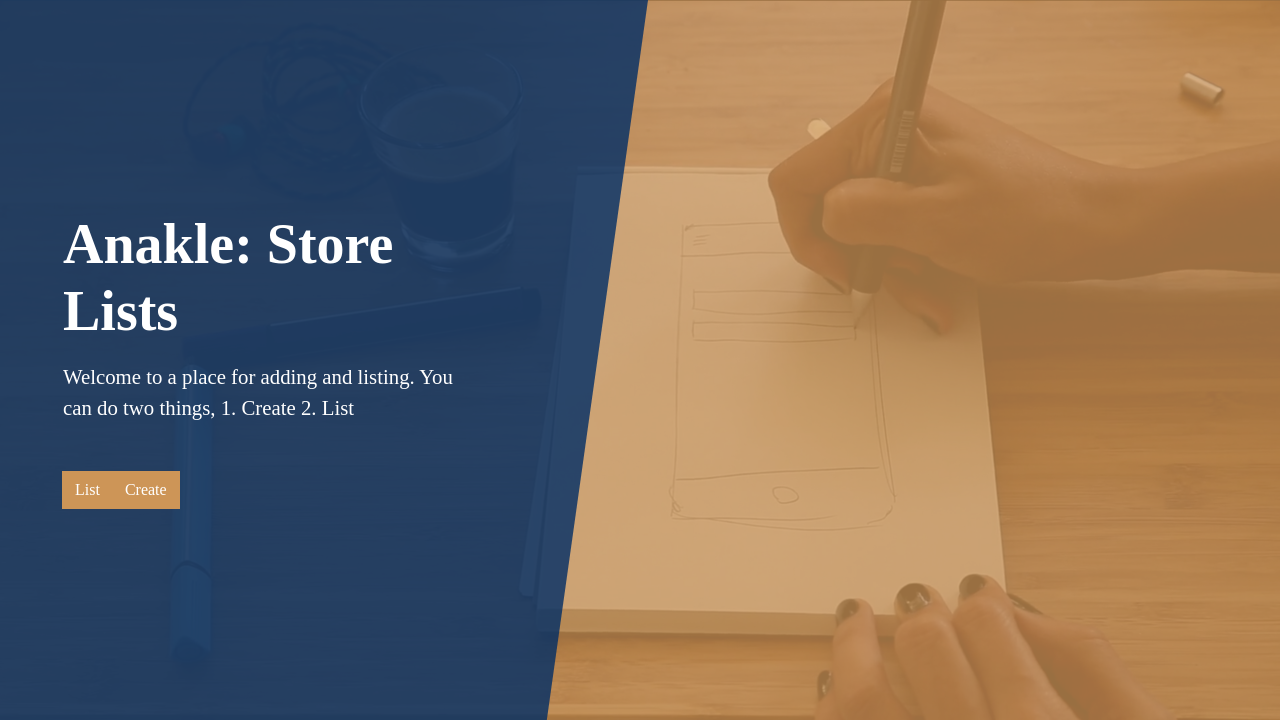
Repository: Guruscode/mega-list
Page: http://localhost/list.php
These files come from the project's save history. The page is drawn as it stood at one moment and after the next save; the edit follows.
The browser window is 1280 px wide. The pictures show the whole page.
Some web fonts or font styles are not loaded; a fallback is used. The page is run by PHP 8.4 with error messages shown; the project is at /var/www/html/.

Above is the page before, as saved 2018-02-22 21:19:00.
Console error: TypeError: Cannot read properties of undefined (reading 'fn')

After the next save:
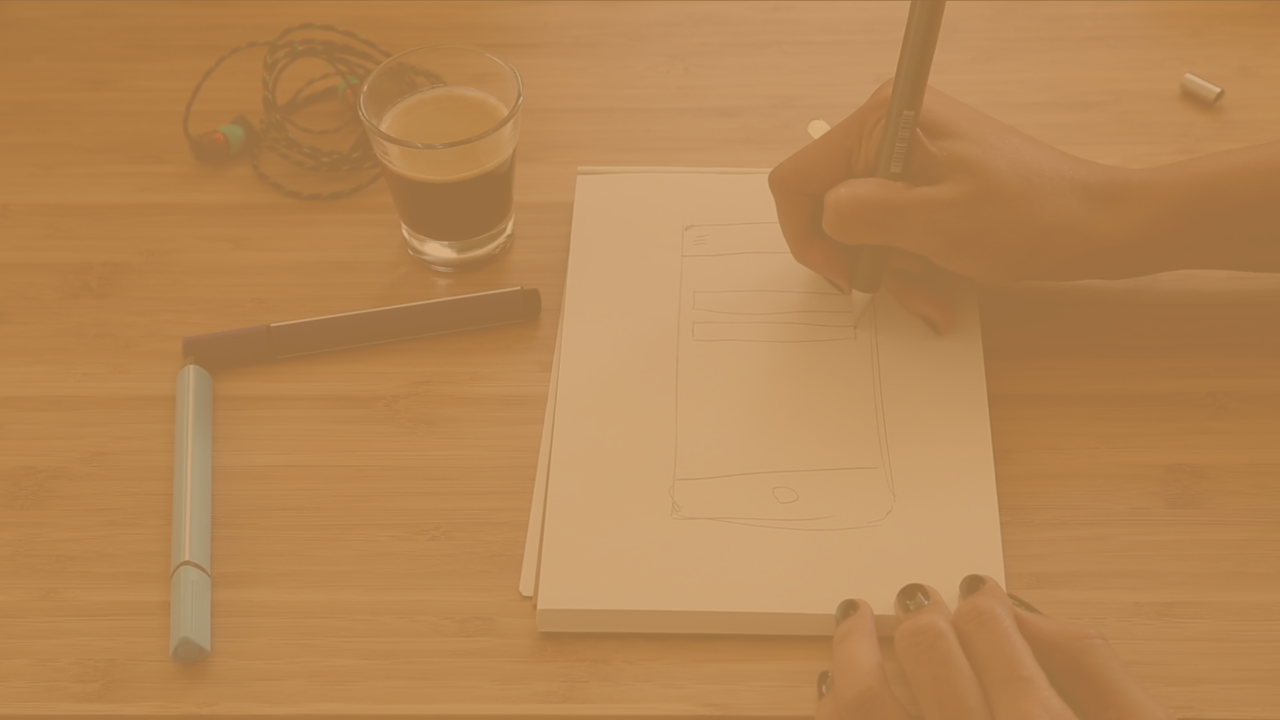
Saved 35 s later.
--- a/list.php
+++ b/list.php
@@ -16,31 +16,6 @@
 
         <div class="overlay"></div>
 
-        <div class="masthead">
-        <div class="masthead-bg"></div>
-        <div class="container h-100">
-            <div class="row h-100">
-            <div class="col-12 my-auto">
-                <div class="masthead-content text-white py-5 py-md-0">
-                <h1 class="mb-3">Anakle: Store Lists</h1>
-                <p class="mb-5">Welcome to a place for adding and listing. You can do two things, 1. Create 2. List</p>
-                <div class="input-group input-group-newsletter">
-
-                    <div class="input-group-append">
-                        <a href="list.php" class="btn btn-secondary pull-left">List</a>
-                        <a onclick="checklogin()"  class="btn btn-secondary pull-right">Create</a>
-                        <?php require_once('__autoload.php');
-                            $session = new Session;
-                        ?>
-                        <a onclick="logout()" id="logoutbutton"  class="btn btn-danger pull-right" <?php if(!$session->checkUser()){ echo "style='display:none'"; } ?> >Logout</a>
-
-                    </div>
-                </div>
-                </div>
-            </div>
-            </div>
-        </div>
-        </div>
 
 
 <script src="js/bootstrap.min.js"></script>
